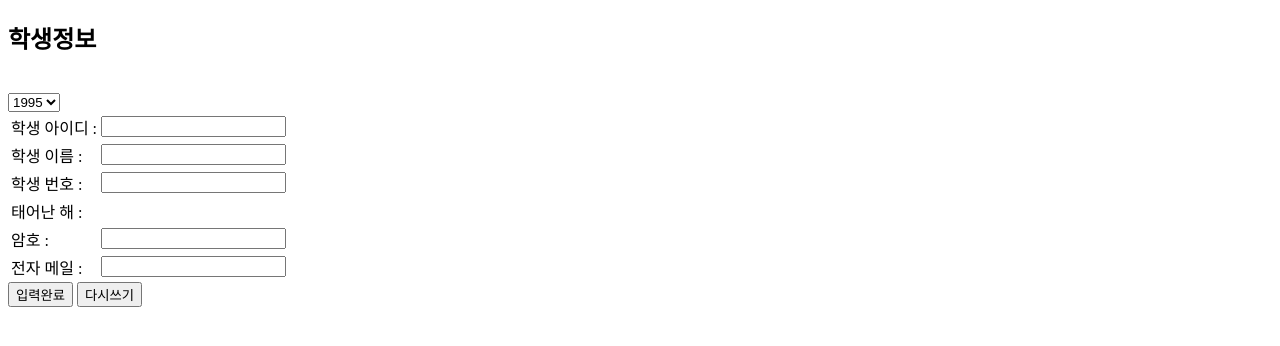
Repository: sunyeongan/Univ_lecture
Page: WebSever_2022/work/week12/week12/src/main/webapp/form2.html
These files come from the project's save history. The page is drawn as it stood at one moment and after the next save; the edit follows.
The browser window is 1280 px wide. The pictures show the whole page.

Above is the page before, as saved 2022-05-17 02:15:23.

### WebSever_2022/work/week12/week12/src/main/webapp/form2.html
<!DOCTYPE html>
<html>
<head>
<meta http-equiv="Content-Type" content="text/html;charset=EUC-KR">
<title>학생 </title>
</head>
<body>
	<h2> 학생정보 </h2>
	<form method = post action = form.jsp>
	<table>
	<tr><td>학생 아이디 : </td> <td><input type = text name = id ></td></tr>
	<tr><td>학생 이름  : </td> <td><input type = text name = Sname></td></tr>
	<tr><td>학생 번호 : </td> <td><input type = text name = call></td></tr><br>
	<tr><td>태어난 해 : </td><select>
				<option>1995</option>
				<option>1996</option>
			</select></tr>
	<tr><td>암호 : </td> <td><input type = password name = pw></td></tr>
	<tr><td>전자 메일 : </td> <td><input type = "text" name = mail></td><br>

	</table>
	<input type="submit" value = "입력완료">
	<input type="submit" value = "다시쓰기">

	</form>


</body>
</html>

After the next save:
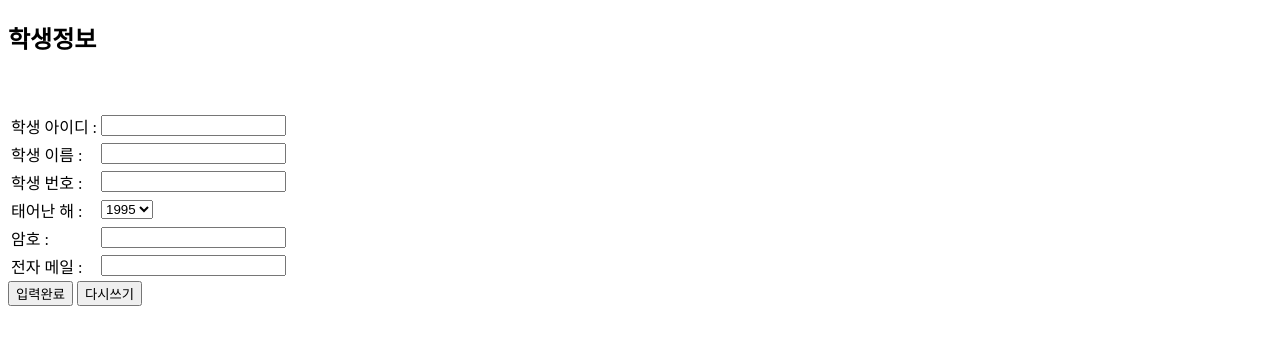
Saved 10 s later.
--- a/WebSever_2022/work/week12/week12/src/main/webapp/form2.html
+++ b/WebSever_2022/work/week12/week12/src/main/webapp/form2.html
@@ -11,10 +11,10 @@
 	<tr><td>학생 아이디 : </td> <td><input type = text name = id ></td></tr>
 	<tr><td>학생 이름  : </td> <td><input type = text name = Sname></td></tr>
 	<tr><td>학생 번호 : </td> <td><input type = text name = call></td></tr><br>
-	<tr><td>태어난 해 : </td><select>
+	<tr><td>태어난 해 : </td> <td><select>
 				<option>1995</option>
 				<option>1996</option>
-			</select></tr>
+			</td></select></tr>
 	<tr><td>암호 : </td> <td><input type = password name = pw></td></tr>
 	<tr><td>전자 메일 : </td> <td><input type = "text" name = mail></td><br>
 
